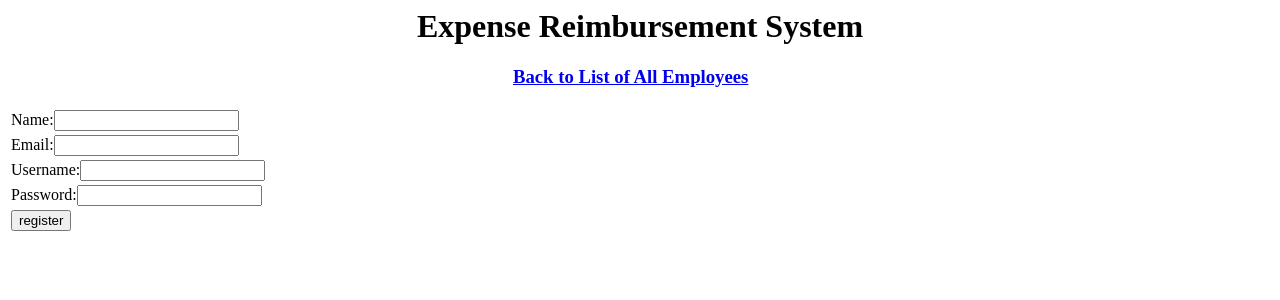
Repository: CCunningham0/project1
Page: http://localhost/reimbursement/employee-form.jsp
These files come from the project's save history. The page is drawn as it stood at one moment and after the next save; the edit follows.
The browser window is 1280 px wide. The pictures show the whole page.
The page is served by Tomcat 10.

Above is the page before, as saved 2021-09-07 02:39:49.

After the next save:
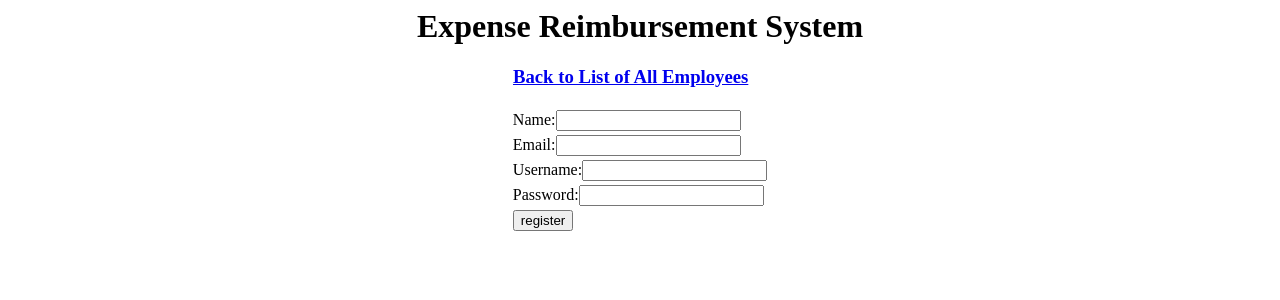
Saved 89 s later.
--- a/reimbursement/src/main/webapp/employee-form.jsp
+++ b/reimbursement/src/main/webapp/employee-form.jsp
@@ -21,6 +21,7 @@
         </h3>
  </center>
 <body>
+<center>
         <form method="post" action="add">
         <table>
         	<tr>
@@ -42,7 +43,7 @@
         </table>
 
         </form>
-
+ </center>
 
 <%--
 
@@ -124,3 +125,4 @@
   </center>
      --%>
 </body>
+</html>
